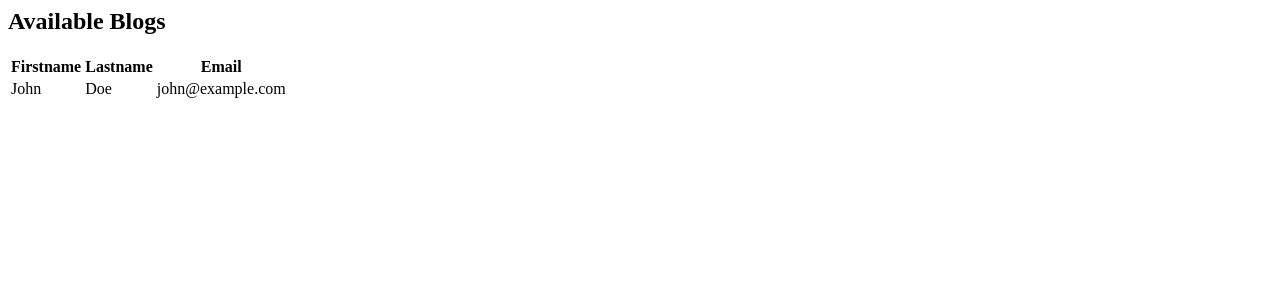
Repository: JamesArul/CLBSiteSTMT
Page: StudentsMeetFrontEnd/WebContent/Blog/BlogViewAll.html
The author's editor kept a copy of each file at every save. The page is drawn from the files as they stood at one save, then again after the next save.
The browser window is 1280 px wide. The pictures show the whole page.

Above is the page before, as saved 2017-06-01 06:32:04.

### StudentsMeetFrontEnd/WebContent/Blog/BlogViewAll.html
<div ng-controller="BlogController as btrl">
<div class="container">
  <h2>Available Blogs</h2>
  <table class="table table-hover table-bordered">
    <thead>
      <tr>
        <th>Firstname</th>
        <th>Lastname</th>
        <th>Email</th>
      </tr>
    </thead>
    <tbody>
      <tr>
        <td>John</td>
        <td>Doe</td>
        <td>john@example.com</td>
      </tr>
    </tbody>
  </table>
</div>
</div>

After the next save:
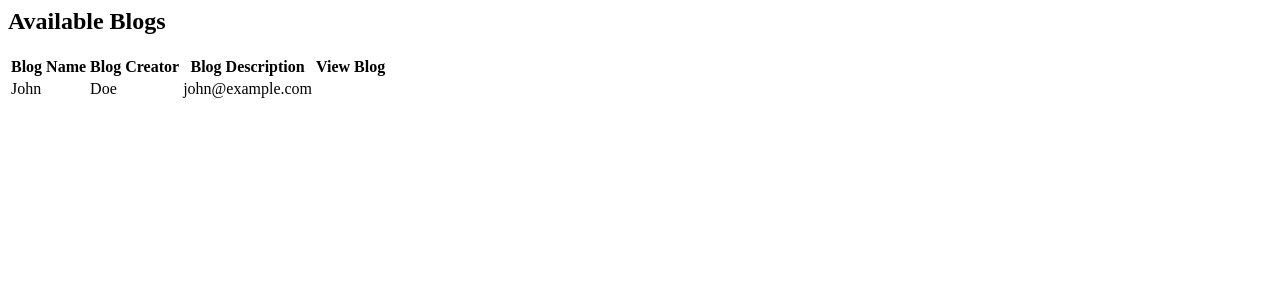
Saved 76 s later.
--- a/StudentsMeetFrontEnd/WebContent/Blog/BlogViewAll.html
+++ b/StudentsMeetFrontEnd/WebContent/Blog/BlogViewAll.html
@@ -4,9 +4,10 @@
   <table class="table table-hover table-bordered">
     <thead>
       <tr>
-        <th>Firstname</th>
-        <th>Lastname</th>
-        <th>Email</th>
+        <th>Blog Name</th>
+        <th>Blog Creator</th>
+        <th>Blog Description</th>
+        <th>View Blog</th>
       </tr>
     </thead>
     <tbody>
